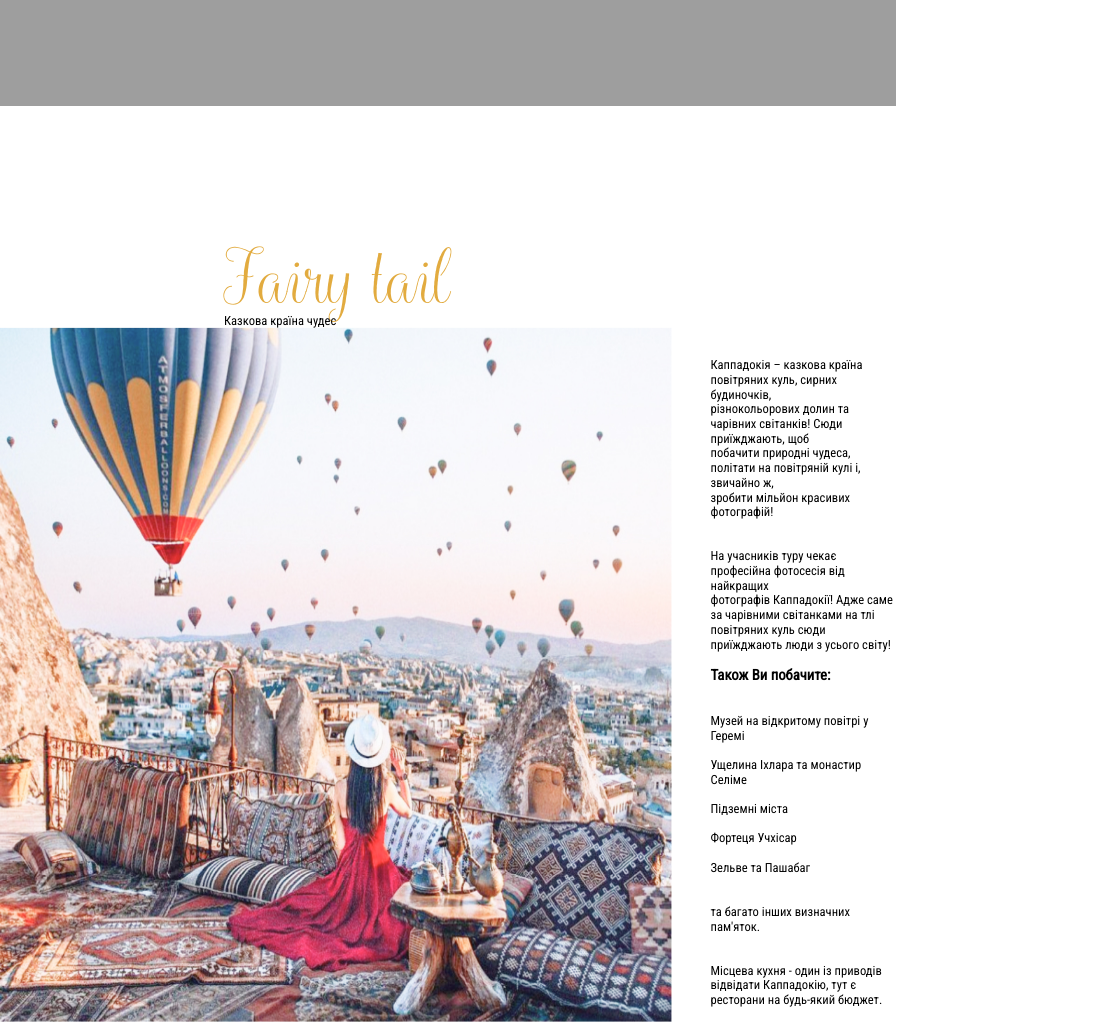
Repository: KYUUBI-K/cappadocia
Page: index.html
The author's editor kept a copy of each file at every save. The page is drawn from the files as they stood at one save, then again after the next save.
The browser window is 1280 px wide. The page is 1600 px wide, so the pictures cover 1600 px, including what lies to the right of the window. The pictures show the part of the page from y = 568 to 2128 px (the page is 2028 px tall before and 2128 px after), at 70% of full size.
Pictures or frames that could not be fetched are drawn as grey boxes.

Above is the page before, as saved 2025-08-17 19:15:53.

### index.html
<!DOCTYPE html>
<html lang="en">
  <head>
    <meta charset="UTF-8" />
    <meta name="viewport" content="width=device-width, initial-scale=1.0" />
    <title>Cappadocia</title>
    <link rel="stylesheet" href="./styles.css" />
  </head>
  <body>
    <header class="header">
      <nav class="header-menu">
        <ul class="header-menu-list">
          <li class="header-menu-item">
            <a class="header-menu-link" href="#route">Маршрут</a>
          </li>
          <li class="header-menu-item">
            <a class="header-menu-link" href="#hotel">Готель</a>
          </li>
          <li class="header-menu-item">
            <a class="header-menu-link" href="#price">Вартість</a>
          </li>
        </ul>
        <div class="telephone">
          <svg
            class="phone-icon"
            width="30"
            height="30"
            viewBox="0 0 30 30"
            fill="none"
            xmlns="http://www.w3.org/2000/svg"
          >
            <g clip-path="url(#clip0_31_0)">
              <path
                d="M23.7091 18.5839C23.0949 17.9444 22.3541 17.6025 21.569 17.6025C20.7902 17.6025 20.0431 17.9381 19.4036 18.5776L17.4027 20.5721C17.2381 20.4835 17.0735 20.4011 16.9152 20.3188C16.6873 20.2049 16.472 20.0972 16.2884 19.9832C14.4142 18.7929 12.7109 17.2416 11.0774 15.2345C10.2859 14.2341 9.75404 13.3919 9.36781 12.5372C9.88701 12.0623 10.3682 11.5684 10.8368 11.0935C11.0141 10.9162 11.1913 10.7326 11.3686 10.5553C12.6983 9.22568 12.6983 7.50346 11.3686 6.1738L9.64007 4.44525C9.44379 4.24896 9.24117 4.04635 9.05122 3.84373C8.67132 3.45117 8.27242 3.04594 7.86086 2.66604C7.24669 2.05819 6.51221 1.73528 5.73974 1.73528C4.96727 1.73528 4.22013 2.05819 3.58696 2.66604C3.58063 2.67237 3.58063 2.67237 3.5743 2.6787L1.42152 4.85047C0.61106 5.66093 0.148846 6.64868 0.0475384 7.79472C-0.104423 9.64358 0.440104 11.3658 0.857997 12.4928C1.88373 15.2598 3.41601 17.8241 5.70175 20.5721C8.47504 23.8836 11.8118 26.4986 15.6235 28.3411C17.0798 29.0313 19.0237 29.848 21.1954 29.9873C21.3284 29.9937 21.4677 30 21.5943 30C23.057 30 24.2853 29.4745 25.2477 28.4297C25.2541 28.4171 25.2667 28.4107 25.2731 28.3981C25.6023 27.9992 25.9822 27.6383 26.3811 27.252C26.6534 26.9924 26.932 26.7202 27.2042 26.4353C27.8311 25.7831 28.1603 25.0233 28.1603 24.2445C28.1603 23.4594 27.8247 22.7059 27.1852 22.0727L23.7091 18.5839ZM25.9759 25.2512C25.9695 25.2512 25.9695 25.2576 25.9759 25.2512C25.7289 25.5172 25.4757 25.7578 25.2034 26.0237C24.7918 26.4163 24.374 26.8278 23.9814 27.29C23.3419 27.9739 22.5884 28.2968 21.6007 28.2968C21.5057 28.2968 21.4044 28.2968 21.3094 28.2904C19.4289 28.1701 17.6813 27.4357 16.3707 26.8088C12.7869 25.0739 9.64007 22.6109 7.02508 19.4894C4.86597 16.887 3.42234 14.481 2.46625 11.8977C1.8774 10.3211 1.66212 9.09272 1.7571 7.93401C1.82042 7.19321 2.10534 6.57903 2.63087 6.0535L4.78999 3.89439C5.10024 3.60313 5.42949 3.44484 5.75241 3.44484C6.1513 3.44484 6.47422 3.68544 6.67683 3.88806C6.68317 3.89439 6.6895 3.90072 6.69583 3.90705C7.08206 4.26796 7.4493 4.64153 7.83554 5.04043C8.03182 5.24304 8.23443 5.44565 8.43705 5.6546L10.1656 7.38316C10.8368 8.05432 10.8368 8.67482 10.1656 9.34599C9.98198 9.5296 9.8047 9.71322 9.62108 9.89051C9.08921 10.435 8.58268 10.9416 8.03182 11.4354C8.01916 11.4481 8.00649 11.4544 8.00016 11.4671C7.45563 12.0116 7.55694 12.5435 7.67091 12.9044C7.67724 12.9234 7.68358 12.9424 7.68991 12.9614C8.13946 14.0504 8.77263 15.0762 9.73505 16.2982L9.74138 16.3045C11.4889 18.4573 13.3315 20.1352 15.3639 21.4205C15.6235 21.5852 15.8895 21.7181 16.1427 21.8448C16.3707 21.9587 16.586 22.0664 16.7696 22.1804C16.7949 22.193 16.8202 22.212 16.8456 22.2247C17.0608 22.3323 17.2634 22.383 17.4724 22.383C17.9979 22.383 18.3272 22.0537 18.4348 21.9461L20.6003 19.7806C20.8155 19.5654 21.1574 19.3058 21.5563 19.3058C21.9489 19.3058 22.2718 19.5527 22.4681 19.768C22.4744 19.7743 22.4744 19.7743 22.4808 19.7806L25.9695 23.2694C26.6217 23.9152 26.6217 24.5801 25.9759 25.2512Z"
                fill="black"
              />
              <path
                d="M16.2124 7.13621C17.8713 7.41481 19.3782 8.19994 20.5813 9.40296C21.7843 10.606 22.5631 12.1129 22.848 13.7718C22.9176 14.1897 23.2786 14.481 23.6901 14.481C23.7408 14.481 23.7851 14.4747 23.8357 14.4683C24.3043 14.3923 24.6145 13.9491 24.5386 13.4806C24.1966 11.4734 23.2469 9.64357 21.7969 8.19361C20.347 6.74365 18.5171 5.79389 16.51 5.45198C16.0414 5.376 15.6045 5.68625 15.5222 6.14847C15.4399 6.61068 15.7438 7.06023 16.2124 7.13621Z"
                fill="black"
              />
              <path
                d="M29.9654 13.2337C29.4019 9.92851 27.8443 6.92095 25.4509 4.52757C23.0575 2.13418 20.05 0.576584 16.7448 0.0130621C16.2826 -0.0692501 15.8457 0.247335 15.7634 0.70955C15.6874 1.1781 15.9977 1.61498 16.4662 1.6973C19.4168 2.1975 22.1078 3.59681 24.2479 5.73059C26.388 7.87071 27.781 10.5617 28.2812 13.5123C28.3508 13.9302 28.7117 14.2214 29.1233 14.2214C29.1739 14.2214 29.2183 14.2151 29.2689 14.2087C29.7311 14.1391 30.0477 13.6959 29.9654 13.2337Z"
                fill="black"
              />
            </g>
            <defs>
              <clipPath id="clip0_31_0">
                <rect width="30" height="30" fill="white" />
              </clipPath>
            </defs>
          </svg>
          <span class="number-text">+38(066)555-777-6</span>
        </div>
      </nav>
      <div class="main-title">
        <h1 class="main-title-text">Cappadocia</h1>
        <p class="main-subtitle-text">Ексклюзивний тур</p>
      </div>
    </header>

    <section class="about">
      <div class="section-title">
        <h2 class="section-title-text">Fairy tail</h2>
        <p class="section-subtitle-text">Казкова країна чудес</p>
      </div>

      <div class="about-content">
        <img
          src="./images/Rectangle-about.jpg"
          alt="Hot air balloon"
          class="about-img"
        />
        <aside class="about-text">
          <p>
            Каппадокія – казкова країна повітряних куль, сирних будиночків,
            різнокольорових долин та чарівних світанків! Сюди приїжджають, щоб
            побачити природні чудеса, політати на повітряній кулі і, звичайно ж,
            зробити мільйон красивих фотографій!
          </p>
          <p>
            На учасників туру чекає професійна фотосесія від найкращих
            фотографів Каппадокії! Адже саме за чарівними світанками на тлі
            повітряних куль сюди приїжджають люди з усього світу!
          </p>
          <h3>Також Ви побачите:</h3>
          <ul>
            <li>Музей на відкритому повітрі у Геремі</li>
            <li>Ущелина Іхлара та монастир Селіме</li>
            <li>Підземні міста</li>
            <li>Фортеця Учхісар</li>
            <li>Зельве та Пашабаг</li>
          </ul>
          <p>та багато інших визначних пам'яток.</p>
          <p>
            Місцева кухня - один із приводів відвідати Каппадокію, тут є
            ресторани на будь-який бюджет.
          </p>
        </aside>
      </div>
    </section>
  </body>
</html>

### styles.css
@font-face {
  font-family: "Roboto Condensed";
  src: url("./fonts/RobotoCondensed-Light.woff2") format("woff2");
  font-weight: 300;
  font-style: normal;
  font-display: swap;
}

@font-face {
  font-family: "Roboto Condensed";
  src: url("./fonts/RobotoCondensed-Regular.woff2") format("woff2");
  font-weight: 400;
  font-style: normal;
  font-display: swap;
}

@font-face {
  font-family: "Balqis";
  src: url("./fonts/Balqis.woff2") format("woff2");
  font-weight: 400;
  font-style: normal;
  font-display: swap;
}

:root {
  --color-dark: #000000;
  --color-light: #ffffff;
  --color-gray: #e5e5e5;
  --color-orange: #e2ab3f;

  --border: 1px solid var(--color-orange);

  --font-family-base: "Roboto Condensed", sans-serif;
  --font-family-accent: "Balqis", sans-serif;

  --input-height: 50px;
}

li {
  list-style: none;
}
* {
  margin: 0;
  padding: 0;
  box-sizing: border-box;
}
body {
  font-size: 18px;
  font-family: var(--font-family-base);
  background-color: var(--color-light);
  color: var(--color-dark);
}

.header {
  min-height: 100svh;
  position: relative;
  background: url("./images/Rectangle.jpg") no-repeat center center;
  background-size: cover;
  background-position: center;
  text-align: center;
  margin-bottom: 200px;
}

.header-menu {
  display: flex;
  justify-content: space-evenly;
  align-items: center;
  font-family: var(--font-family-base);
  font-size: 24px;
  font-weight: 400;
  padding-top: 72px;
}
.header-menu-list {
  display: flex;
  column-gap: 45px;
}
.header-menu-link {
  text-decoration: none;
  color: inherit;
}
.telephone {
  display: flex;
  align-items: center;
  column-gap: 10px;
}

.main-title {
  display: flex;
  position: absolute;
  top: 50%;
  left: 50%;
  transform: translate(-50%, -50%);
  text-align: center;
  align-items: flex-end;
  flex-direction: column;
}

.main-title-text {
  font-family: var(--font-family-accent);
  font-size: 250px;
  font-weight: 400;
  line-height: 1;
}

.main-subtitle-text {
  font-size: 56px;
  font-weight: 300;
  line-height: 0;
}

@media (max-width: 1040px) {
  .main-title-text {
    font-size: 150px;
  }
  .main-subtitle-text {
    font-size: 46px;
  }
}

@media (max-width: 830px) {
  .header-menu {
    padding-top: 40px;
  }

  .header-menu-list {
    column-gap: 35px;
  }
  .main-title-text {
    font-size: 150px;
  }
  .main-subtitle-text {
    font-size: 36px;
  }
}

@media (max-width: 630px) {
  .header-menu {
    font-size: 18px;
  }
  .header-menu-list {
    column-gap: 20px;
  }
  .telephone {
    column-gap: 5px;
  }
  .phone-icon {
    width: 18px;
    height: 18px;
  }
  .main-title-text {
    font-size: 100px;
  }
  .main-subtitle-text {
    font-size: 26px;
  }
}

@media (max-width: 450px) {
  .header-menu {
    font-size: 15px;
  }
  .header-menu-list {
    column-gap: 15px;
  }
  .telephone {
    column-gap: 3px;
  }
  .phone-icon {
    width: 15px;
    height: 15px;
  }
  .main-title-text {
    font-size: 50px;
  }
  .main-subtitle-text {
    font-size: 15px;
  }
}

.section-title {
  position: relative;
  left: 25%;
  display: flex;
  /* text-align: center; */
  /* align-items: flex-end; */
  flex-direction: column;
}
.section-title-text {
  font-family: var(--font-family-accent);
  font-size: 96px;
  font-weight: 400;
  color: var(--color-orange);
  line-height: 1;
}

.section-subtitle {
  display: flex;
  align-self: flex-end;
  font-size: 24px;
  font-weight: 300;
  line-height: 0;
}

.about-content {
  display: flex;
  column-gap: 55px;
}
.about-text {
  white-space: pre-line;
}

After the next save:
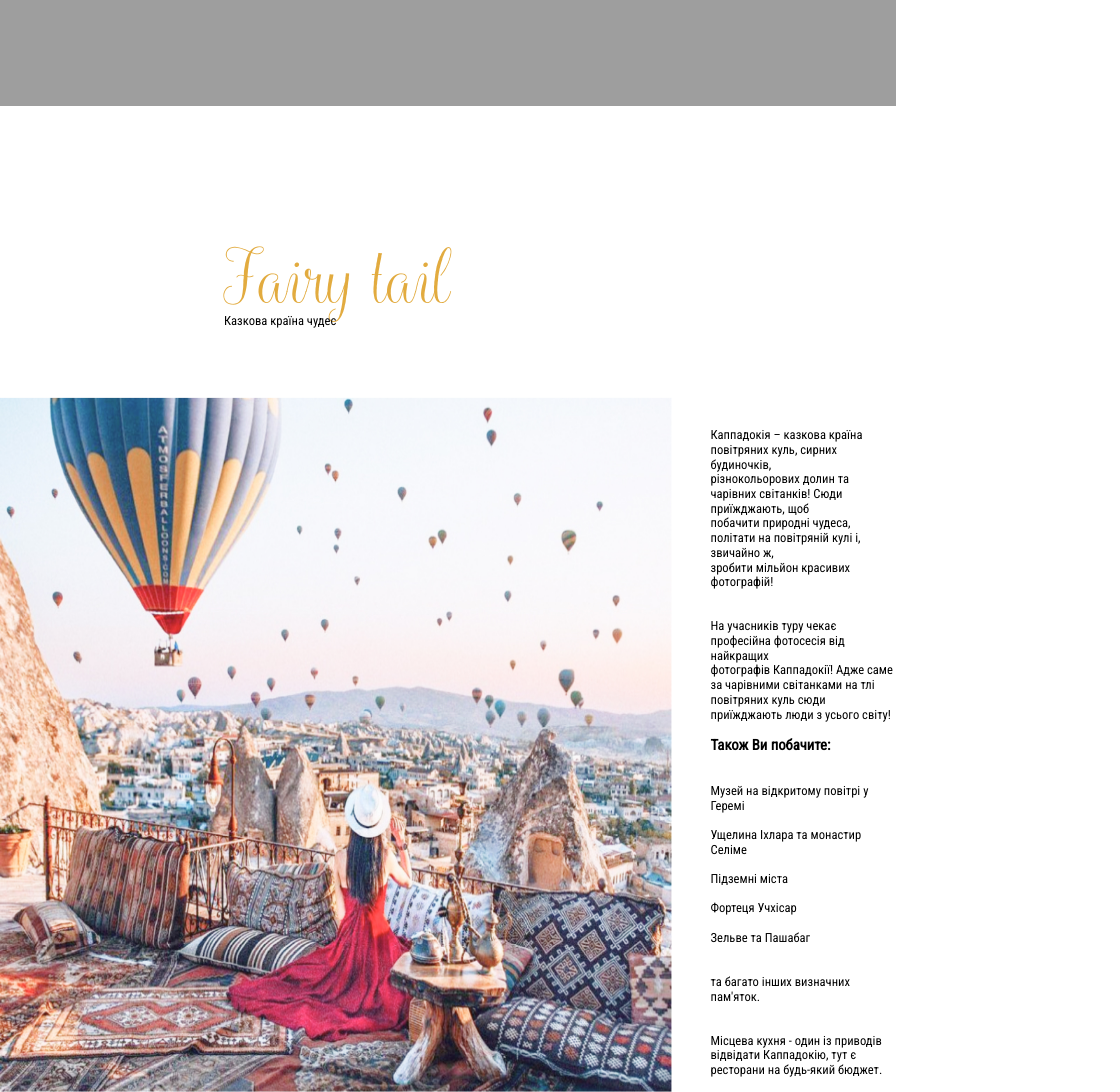
Saved 109 s later.
--- a/styles.css
+++ b/styles.css
@@ -184,6 +184,7 @@ body {
   /* text-align: center; */
   /* align-items: flex-end; */
   flex-direction: column;
+  padding-bottom: 100px;
 }
 .section-title-text {
   font-family: var(--font-family-accent);
